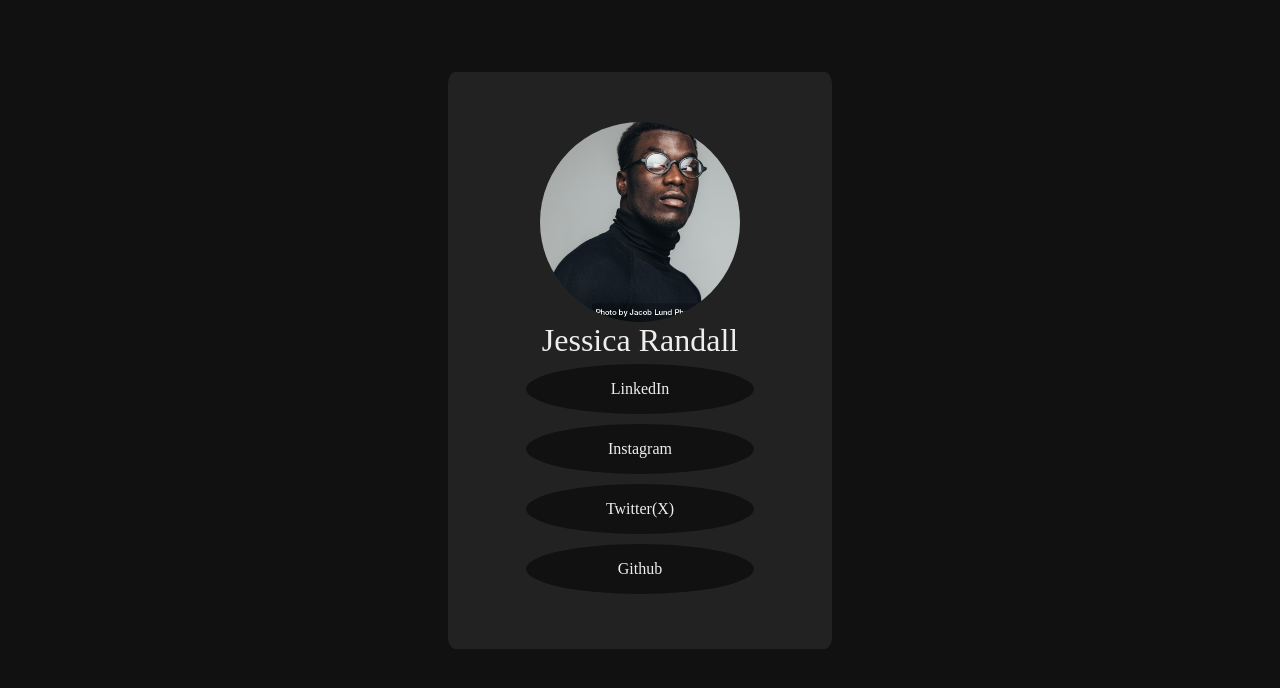
Repository: russel-success/Xcode-TASK-1
Page: index.html
An editor plug-in stored every save of this project. The page is shown before and after the next save, followed by the edit.
The browser window is 1280 px wide. The pictures show the whole page.

Above is the page before, as saved 2024-04-29 01:15:48.

### index.html
<!DOCTYPE html>
<html lang="en">
<head>
    <meta charset="UTF-8">
    <meta name="viewport" content="width=device-width, initial-scale=1.0">
    <title>Profile Card</title>
    <link rel="stylesheet" href="styles/styles.css">
</head>
<body>
    <div class="container">
        <div class="profile-container flex">
           <img src="assets/np_Man staring away on gray background_0VPZY4_free.jpg" alt="" class="profile-image">
            <h1>Jessica Randall</h1>
            <div class="socials">
                <text>LinkedIn</text>
            </div>
            <div class="socials">
                <text>Instagram</text>
            </div>
            <div class="socials">
                <text>Twitter(X)</text>
            </div>
            <div class="socials">
                <text>Github</text>
            </div>
        </div>
    </div>
</body>
</html>

### styles/styles.css
*{
    padding:0;
    margin:0;
}
.container{
    width:100%;
    height:100vh;
    background-color:#111;
    display:flex;
    align-items:center;
    justify-content: center;
}
.profile-container{
    background-color:#222;
    width:30%;
    background-size: contain;
    box-sizing:border-box;
    display:flex;
    flex-direction: column;
    align-items:center;
    justify-content: center;
    padding: 50px 50px;
    border-radius:2%;
}
.profile-image{
    object-fit:cover;
    width:200px;
    height:200px;
    border-radius:50%;
}
h1{
    color:#eee;
    font-family:poppins;
    font-weight:400;
}
.socials{
    width:80%;
    height:50px;
    background:#111;
    margin:5px 0;
    text-align:center;
    align-content: center;
    color:#eee;
    font-family: poppins;
    font-weight:100;
    border-radius: 55%;
}

After the next save:
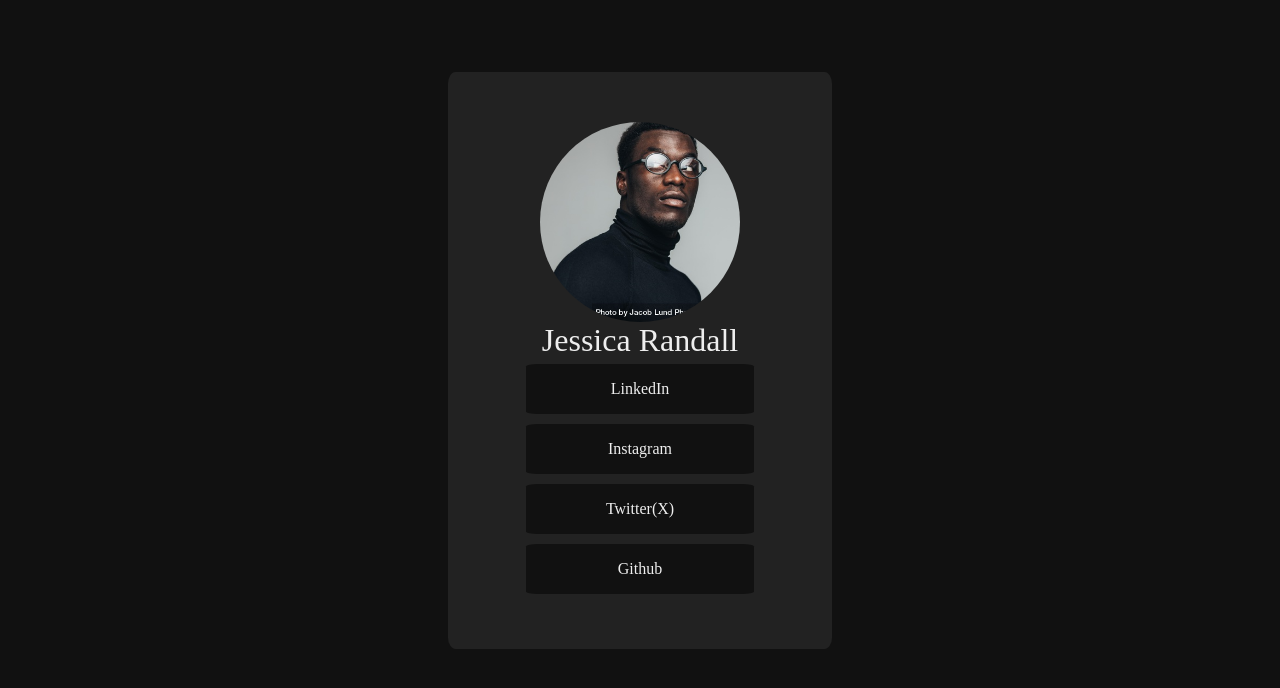
Saved 4 s later.
--- a/styles/styles.css
+++ b/styles/styles.css
@@ -43,5 +43,5 @@
     color:#eee;
     font-family: poppins;
     font-weight:100;
-    border-radius: 55%;
+    border-radius: 5%;
 }
